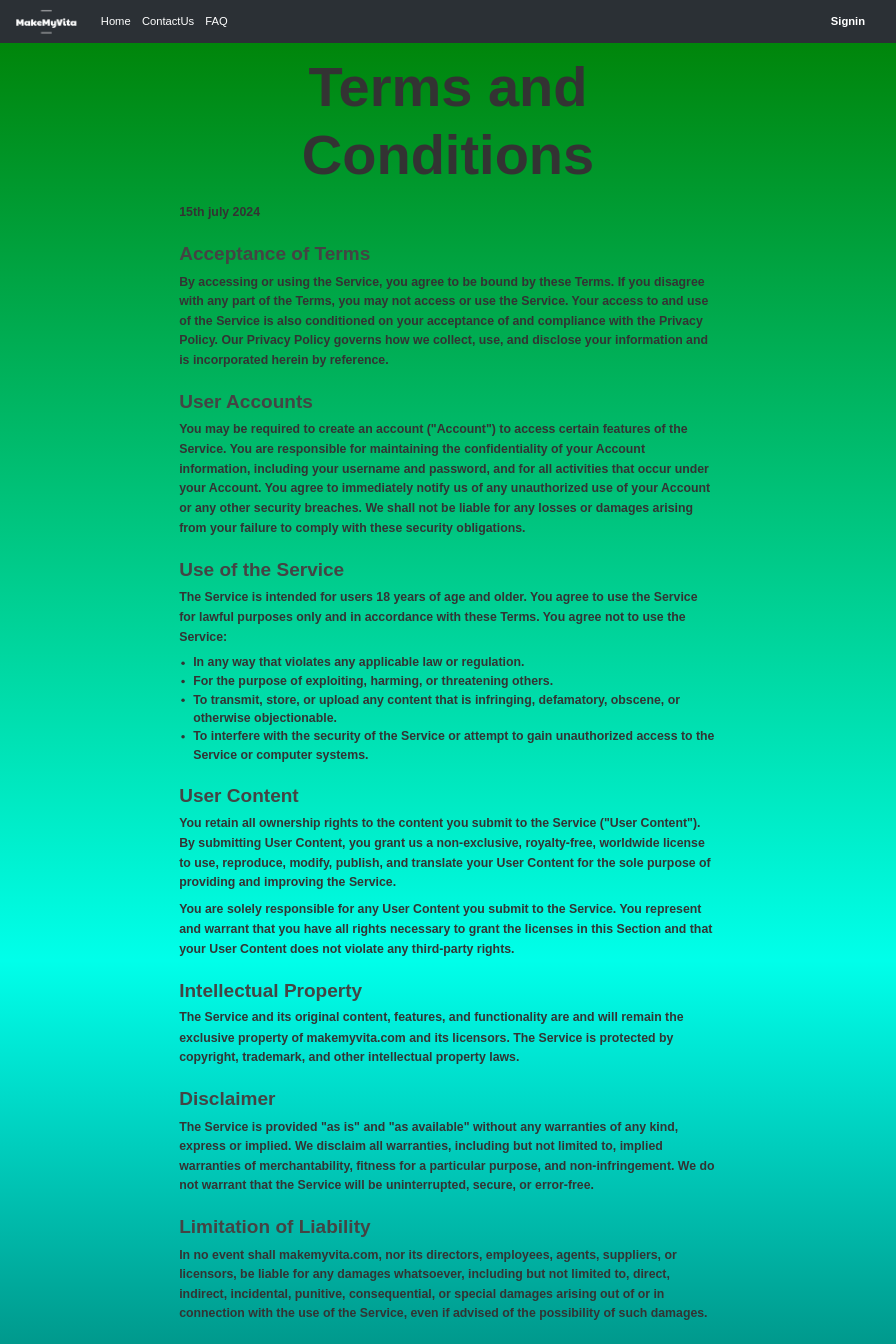
Repository: Tejaakshaykumar/MakeMyVita-Resume-Builder-Website
Page: /T&C (app in frontend/)
An editor plug-in stored every save of this project. The page is shown before and after the next save, followed by the edit.
The browser window is 1280 px wide. The pictures show the part of the page from y = 0 to 1920 px (the page is 2936 px tall), at 70% of full size.
Some web libraries are served in a nearby version. The project was rebuilt for these pictures with package versions that can differ from the ones it lists, and the page was loaded fresh each time. Also part of the build but not shown: frontend/src/App.css, frontend/src/containers/About.js, frontend/src/containers/Buildresume.js, frontend/src/containers/Images.js, frontend/src/containers/Features.js, frontend/src/containers/Review.js, frontend/src/containers/Trybox.js, frontend/src/containers/Motionbox.js and 5 more.

Above is the page before, as saved 2024-06-10 11:45:26.

### frontend/public/index.html
<!DOCTYPE html>
<html lang="en">
  <head>
    <meta charset="utf-8" />
    <link rel="icon" href="%PUBLIC_URL%/favicon.ico" />
    <meta name="viewport" content="width=device-width, initial-scale=1" />
    <meta name="theme-color" content="#000000" />
    <meta
      name="description"
      content="Web site created using create-react-app"
    />
    <link rel="apple-touch-icon" href="%PUBLIC_URL%/logo192.png" />
    <!--
      manifest.json provides metadata used when your web app is installed on a
      user's mobile device or desktop. See https://developers.google.com/web/fundamentals/web-app-manifest/
    -->
    <link rel="manifest" href="%PUBLIC_URL%/manifest.json" />
    <link rel="stylesheet" href="https://stackpath.bootstrapcdn.com/bootstrap/4.5.2/css/bootstrap.min.css">
  <link rel="stylesheet" href="https://stackpath.bootstrapcdn.com/font-awesome/4.7.0/css/font-awesome.min.css">
  <link href="https://cdn.jsdelivr.net/npm/bootstrap@5.3.3/dist/css/bootstrap.min.css" rel="stylesheet" integrity="sha384-QWTKZyjpPEjISv5WaRU9OFeRpok6YctnYmDr5pNlyT2bRjXh0JMhjY6hW+ALEwIH" crossorigin="anonymous">
  <link href="https://cdn.jsdelivr.net/npm/bootstrap-icons@1.7.2/font/bootstrap-icons.css" rel="stylesheet">
    <!--
      Notice the use of %PUBLIC_URL% in the tags above.
      It will be replaced with the URL of the `public` folder during the build.
      Only files inside the `public` folder can be referenced from the HTML.

      Unlike "/favicon.ico" or "favicon.ico", "%PUBLIC_URL%/favicon.ico" will
      work correctly both with client-side routing and a non-root public URL.
      Learn how to configure a non-root public URL by running `npm run build`.
    -->
    <title>React App</title>
  </head>
  <body>
    <noscript>You need to enable JavaScript to run this app.</noscript>
    <div id="root"></div>
    <!--
      This HTML file is a template.
      If you open it directly in the browser, you will see an empty page.

      You can add webfonts, meta tags, or analytics to this file.
      The build step will place the bundled scripts into the <body> tag.

      To begin the development, run `npm start` or `yarn start`.
      To create a production bundle, use `npm run build` or `yarn build`.
    -->
  </body>
  <script src="https://cdn.jsdelivr.net/npm/bootstrap@5.3.3/dist/js/bootstrap.bundle.min.js" integrity="sha384-YvpcrYf0tY3lHB60NNkmXc5s9fDVZLESaAA55NDzOxhy9GkcIdslK1eN7N6jIeHz" crossorigin="anonymous"></script>
</html>

### frontend/src/containers/Navbar.js
import React from 'react';
import { useNavigate } from 'react-router-dom';
import logo from '../images/HubSpot Brand Kit/Logo/PNG/main-logo-white-transparent.png';
export default function Navbar() {
  const navigate = useNavigate();
  const handleSigninClick = () => {
    navigate('/signin');
  };
  return (
    <div>

      <nav className="navbar fixed-top navbar-expand-lg bg-body-tertiary" data-bs-theme="dark" >
      <div className="container-fluid" >
        <a className="navbar-brand" href="/">
        <img src={logo} alt="Logo" style={{height:'5vh',width:'15vh',objectFit:'cover'}} />
        </a>
        <button
          className="navbar-toggler"
          type="button"
          data-bs-toggle="collapse"
          data-bs-target="#navbarSupportedContent"
          aria-controls="navbarSupportedContent"
          aria-expanded="false"
          aria-label="Toggle navigation"
        >
          <span className="navbar-toggler-icon" />
        </button>
        <div className="collapse navbar-collapse" id="navbarSupportedContent">
          <ul className="navbar-nav me-auto mb-2 mb-lg-0">
            <li className="nav-item">
              <a className="nav-link active" aria-current="page" href="/">
                Home
              </a>
            </li>
            <li className="nav-item">
              <a className="nav-link active" aria-current="page" href="#">
                ContactUs
              </a>
            </li>
            <li className="nav-item">
              <a className="nav-link active" aria-current="page" href="/FAQ">
                FAQ
              </a>
            </li>
          </ul>
          <form className="d-flex">
            <button className=" btn btn-outline-success custom-btn" type="submit" onClick={handleSigninClick}>
            &nbsp;&nbsp;&nbsp;&nbsp;&nbsp;Signin&nbsp;&nbsp;&nbsp;&nbsp;&nbsp;
            </button>
          </form>
        </div>
      </div>
    </nav>

    </div>
  );
}

### frontend/src/containers/Foot.js
import React from 'react';
import './cont.css'; // Import the CSS file

export default function Foot() {
  return (
    <footer>
      <div className="footer-container ">
        <ul className="footer-nav">
        <li className="nav-item">
            <a className="nav-link" href="/aboutus">
              ABOUT US
            </a>
          </li>
          <>|</>
          <li className="nav-item">
            <a className="nav-link" href="/T&C">
              TERMS & CONDITIONS
            </a>
          </li>
          <>|</>
        <li className="nav-item">
            <a className="nav-link" href="/privacy">
              PRIVACY POLICY
            </a>
          </li>
          <>|</>
          <li className="nav-item">
            <a className="nav-link" href="#">
              CONTACT US
            </a>
          </li>
          <>|</>
          <li className="nav-item">
            <a className="nav-link" href="/FAQ">
              FAQs
            </a>
          </li>
        </ul>
        <div class="social-icons">
        <a href="https://www.facebook.com" target="_blank" aria-label="Facebook">
          <i class="bi bi-facebook"></i>
        </a>
        <a href="https://www.instagram.com" target="_blank" aria-label="Instagram">
          <i class="bi bi-instagram"></i>
        </a>
        <a href="https://www.pinterest.com" target="_blank" aria-label="Pinterest">
          <i class="bi bi-pinterest"></i>
        </a>
        <a href="https://www.youtube.com" target="_blank" aria-label="YouTube">
          <i class="bi bi-youtube"></i>
        </a>
        <a href="https://www.linkedin.com" target="_blank" aria-label="LinkedIn">
          <i class="bi bi-linkedin"></i>
        </a>
        <a href="https://www.twitter.com" target="_blank" aria-label="Twitter">
          <i class="bi bi-twitter"></i>
        </a>
      </div>
      <div className="footer-copy">
          &copy; 2024 developed by Teja Akshay Kumar
      </div>
      </div>
    </footer>
  );
}

### frontend/src/containers/cont.css
/* navbar */
.custom-btn {
  color: white;
}
.custom-btn:hover {
  color: black;
  background-color: white;
}

.footer-container {
  height: 25vh;
  width: 100%;
  background-color: rgb(0, 0, 0);
  color: white;
  display: flex;
  flex-direction: column;
  align-items: center;
  /* padding-bottom: 3%; */
  /* justify-content: center; */
}

.footer-nav {
  display: flex;
  list-style: none;
  padding-top: 30px;
  margin: 0;
}

.footer-nav .nav-item {
  margin: 0 50px;
}

.footer-nav .nav-item .nav-link {
  color: white;
  text-decoration: none;
  /* text-transform: uppercase; */
  /* text-decoration: underline; */
}

.footer-nav .nav-item .nav-link:hover {
  text-decoration: underline;
}

.footer-copy {
  /* padding-top: 5%; */
  text-align: center;
  font-size: large;
  font-weight: 500;
  /* padding-bottom: 3%; */
}

.social-icons {
  display: flex;
  justify-content: center;
  gap: 40px;
  padding: 40px;
  /* background-color: #f0f0f0; */
}

.social-icons a {
  color: #ffffff;
  font-size: 24px;
  text-decoration: none;
}

.social-icons a:hover {
  color: #007bff;
}

/* Features */

.feature-component {
  height: 90vh;
  width: 100%;
  display: flex;
  justify-content: flex-start;
  flex-wrap: wrap;
  margin-top: 10%;
  padding-left: 8%;
  padding-right: 8%;
}
.feature {
  flex: 1 1 30%;
  box-sizing: border-box;
  padding: 20px;
  margin: 10px;
  text-align: center;
  background-color: #fff;
  border-radius: 8px;
  /* box-shadow: 0 4px 8px rgba(0, 0, 0, 0.1); */
}

.feature img {
  width: 60px;
  height:80px;
  margin-bottom: 10px;
}

.feature h3 {
  font-size: 1.5em;
  margin-bottom: 10px;
  font-weight: 500;
  font-family:'Franklin Gothic Medium', 'Arial Narrow', Arial, sans-serif;
}

.feature p {
  font-size: 1.3em;
  color: #666;
  font-weight: 400;
  font-family: 'Gill Sans', 'Gill Sans MT', Calibri, 'Trebuchet MS', sans-serif;
}

.feature:hover {
  background: linear-gradient(to right, #fd4908, #1e90ff);
  box-shadow: black;
  border-radius: 5%;
  color: rgb(255, 255, 255);
}

.feature:hover h3,
.feature:hover p {
  color: rgb(255, 255, 255);
}

/* About */
.resume-builder-container {
  display: flex;
  flex-direction: row;
  justify-content: space-between;
  align-items: center;
  padding: 10vh;
  /* background-color: #fff; */
  background: linear-gradient(to right, #84eefc, #ffffff, #ffffff);
  /* background:linear-gradient(to left, #00e1ff,#ffffff, #ffffff); */
  /* border: 1px solid #ddd; */
  /* border-radius: 8px; */
  /* box-shadow: 0 2px 4px rgba(0, 0, 0, 0.1); */
  height: 80vh;
}

.resume-builder-container1 {
  display: flex;
  flex-direction: row;
  justify-content: space-between;
  align-items: center;
  padding: 10vh;
  height: 80vh;
  background: linear-gradient(to top, #ffffff, #59CE8F,#E8F9FD, #ffffff);
}

/* .resume-builder-image {
    -webkit-mask-image: radial-gradient(circle, rgba(0, 0, 0, 1) 50%, rgba(0, 0, 0, 0) 90%);
    mask-image: radial-gradient(circle, rgba(0, 0, 0, 1) 50%, rgba(0, 0, 0, 0) 90%);
  }
   */
.resume-builder-content {
  max-width: 60%;
  padding: 10%;
}

.resume-builder-content1 {
  max-width: 70%;
  padding: 10%;
}

.resume-builder-content h1 {
  font-size: 4em;
  color: #333;
  margin-bottom: 10px;
  font-family: "Franklin Gothic Medium", "Arial Narrow", Arial, sans-serif;
  text-align: left;
}

.resume-builder-content p {
  font-size: 1.4em;
  font-weight: 400;
  color: #666;
  line-height: 1.5;
  margin-bottom: 20px;
  /* padding-left: 2%; */
  /* text-align: center; */
}

.resume-builder-content1 h1 {
  font-size: 4em;
  color: #333;
  margin-bottom: 10px;
  font-family: "Franklin Gothic Medium", "Arial Narrow", Arial, sans-serif;
  text-align: left;
}

.resume-builder-content1 p {
  font-size: 1.4em;
  font-weight: 400;
  color: #666;
  line-height: 1.5;
  margin-bottom: 20px;
  /* padding-left: 2%; */
  /* text-align: center; */
}

.aboutbutton {
  height: 6vh;
  width: 27%;
  margin-left: 20%;
  margin-top: 2%;
  text-align: center;
  font-weight: 500;
  border-radius: 7px;
  color: #ffffff;
  font-weight: 700;
  transition: background 0.3s ease;
  /* border-style:solid; */
  border-color: white;
  background: #3e14fc;
  box-shadow: 0 2px 6px rgba(24, 23, 23, 0.801);
  /* box-shadow: #3e14fc; */
}
.aboutbutton:hover {
  transition: background 0.3s ease;
  border-style: solid;
  background: linear-gradient(to right, #ffd000, #ff0000);
  box-shadow: #3e14fc;
}

.create-now-button {
  background-color: #00b0ff;
  color: #fff;
  border: none;
  padding: 10px 20px;
  font-size: 1em;
  border-radius: 5px;
  cursor: pointer;
}

.create-now-button:hover {
  background-color: #008cba;
}

.resume-builder-image {
  max-width: 40%;
}

.resume-builder-image img {
  max-width: 100%;
  height: auto;
  border-radius: 8px;
}

.text-gradient {
  background: linear-gradient(to right, #ff7f50, #1e90ff);
  -webkit-background-clip: text;
  -webkit-text-fill-color: transparent;
  background-clip: text;
  color: transparent;
}

.icon-container {
  width: 100%;
  height: 100px;
  overflow: hidden;
  white-space: nowrap;
  position: relative;
  background-color: #ffffff;
  padding-bottom: 25px;
}

.icons {
  display: inline-block;
  animation: moveIcons 40s linear infinite;
}

.icons img {
  font-size: 24px;
  margin: 0 15px; /* Add some margin between icons */
  color: #333;
  /* width: 100px; Adjust the size as needed */
  height: 50px;
}

@keyframes moveIcons {
  0% {
    transform: translateX(70%);
  }
  100% {
    transform: translateX(-100%);
  }
}

.try {
  height: 30vh;
  width: 100%;
  background-image: url("C:/Users/tejaa/Downloads/pexels-magda-ehlers-pexels-1279813.jpg");
  background-size: cover;
  align-items: center;
  display: flex;
  flex-direction: column;
  justify-content: center;
  margin-bottom: 7vh;
  margin-top: 5vh;
}

.try h2 {
  font-size: 280%;
  color: antiquewhite;
  text-shadow: 5px 5px 3px rgba(0, 0, 0, 0.3);
}
.try button {
  height: 4vh;
  width: 15%;
  font-weight: 700;
  border-radius: 5cm;
  color: blanchedalmond;
  border: #ffffff;
  background: linear-gradient(to right, #fd0808, #a51eff);
}

/* Review */
/* Styles for the main container */
/* Swiper specific styles */
/* #App {
  height: 100%;
}
html,
body {
  position: relative;
  height: 100%;
}

body {
  background: #eee;
  font-family: Helvetica Neue, Helvetica, Arial, sans-serif;
  font-size: 14px;
  color: #000;
  margin: 0;
  padding: 0;
} */
.swiper-container {
  /* position: relative; */
  height: 30vh;
  background: #ffffff;
  font-family: Helvetica Neue, Helvetica, Arial, sans-serif;
  font-size: 14px;
  color: #000;
  margin: 30px;
  padding: 10px;
  display: flex;
  flex-direction: row;
  justify-content: center;
}

.swiper {
  width: 100%;
  height: 100%;
}

.swiper-slide {
  text-align: center;
  font-size: 18px;
  background: #ffffff;
  display: flex;
  justify-content: center;
  align-items: center;
  padding-top: 20%;
  /* margin: 5%; */
}

.swiper-slide img {
  display: block;
  width: 100%;
  height: 100%;
  object-fit: cover;
}

.autoplay-progress {
  position: absolute;
  right: 16px;
  bottom: 16px;
  z-index: 10;
  width: 48px;
  height: 48px;
  display: flex;
  align-items: center;
  justify-content: center;
  font-weight: bold;
  color: var(--swiper-theme-color);
}

.autoplay-progress svg {
  --progress: 0;
  position: absolute;
  left: 0;
  top: 0px;
  z-index: 10;
  width: 100%;
  height: 100%;
  stroke-width: 4px;
  stroke: var(--swiper-theme-color);
  fill: none;
  stroke-dashoffset: calc(125.6px * (1 - var(--progress)));
  stroke-dasharray: 125.6;
  transform: rotate(-90deg);
}

### frontend/src/pages/pagestyles.css
/* TandC */

.tandc-container {
    max-width: 100%;
    /* margin: 0 auto; */
    padding: 6% 20%;
    font-family: Arial, sans-serif;
    background: linear-gradient(to top,rgb(0, 0, 0),rgb(0, 255, 234),green);
    color: #333;
    /* margin-top: 7%; */
    margin-bottom: -2%;

  }

  .tandc-container h1 {
    text-align: center;
    margin-bottom: 20px;
    font-weight: 700;
    font-size: 5rem;
  }

  .tandc-container h2 {
    margin-top: 30px;
    color: #444;
    font-weight: 700;
    font-size: 1.7rem;
  }

  .tandc-container p {
    line-height: 1.6;
    font-weight: 600;
    font-size: 1.1rem;
  }

  .tandc-container ul {
    list-style-type: disc;
    padding-left: 20px;
    font-weight: 600;
    font-size: 1.1rem;
  }

  .tandc-container a {
    color: #1a73e8;
    text-decoration: none;
  }

  .tandc-container a:hover {
    text-decoration: underline;
  }


  /* Privacy */
  .privacy-container {
    max-width: 800px;
    margin: 0 auto;
    padding: 20px;
    font-family: 'Arial', sans-serif;
    color: #333;
    line-height: 1.6;
    background-color: #fff;
    border-radius: 8px;
    box-shadow: 0 0 10px rgba(0, 0, 0, 0.1);
  }

  h1 {
    text-align: center;
    color: #333;
    font-size: 2.5rem;
    margin-bottom: 20px;
  }

  h2 {
    color: #444;
    font-size: 1.75rem;
    margin-top: 20px;
  }

  h3 {
    color: #555;
    font-size: 1.5rem;
    margin-top: 15px;
  }

  p {
    margin-bottom: 10px;
  }

  ul {
    list-style-type: disc;
    padding-left: 20px;
  }

  a {
    color: #1a73e8;
    text-decoration: none;
  }

  a:hover {
    text-decoration: underline;
  }

  @media (max-width: 600px) {
    .privacy-container {
      padding: 10px;
    }

    h1 {
      font-size: 2rem;
    }

    h2 {
      font-size: 1.5rem;
    }

    h3 {
      font-size: 1.25rem;
    }
  }

  /* Aboutus */
  .about-container {
    font-family: 'Arial', sans-serif;
    color: #fff;
    max-width: 1200px;
    margin: 0 auto;
    padding: 20px;
    background-color: #000; /* For overall contrast, adjust as needed */
  }

  .about-top {
    position: relative;
    text-align: center;
    color: white;
  }

  .about-image {
    width: 100%;
    height: auto;
    border-radius: 10px;
    opacity: 0.8;
  }

  .about-content {
    position: absolute;
    top: 50%;
    left: 50%;
    transform: translate(-50%, -50%);
    background-color: rgba(0, 0, 0, 0.5); /* Semi-transparent background */
    padding: 20px;
    border-radius: 10px;
    max-width: 90%;
    text-align: left;
  }

  .about-content h1 {
    font-size: 3rem;
    margin-bottom: 10px;
  }

  .about-content p {
    font-size: 1.2rem;
  }

  .about-bottom {
    background-color: #222;
    padding: 40px;
    border-radius: 10px;
    margin-top: 20px;
  }

  .about-bottom h2 {
    font-size: 2rem;
    margin-bottom: 20px;
  }

  .about-bottom p,
  .about-bottom ul {
    font-size: 1.2rem;
    line-height: 1.6;
  }

  .about-bottom ul {
    list-style-type: disc;
    padding-left: 20px;
  }

  .about-bottom h3 {
    font-size: 1.5rem;
    margin-top: 20px;
  }

  @media (max-width: 768px) {
    .about-content h1 {
      font-size: 2rem;
    }

    .about-content p {
      font-size: 1rem;
    }

    .about-bottom h2 {
      font-size: 1.5rem;
    }

    .about-bottom p,
    .about-bottom ul {
      font-size: 1rem;
    }
  }

  /* FAQ */
  /* styles.css */

/* body, html {
  margin: 0;
  padding: 0;
  font-family: Arial, sans-serif;
  background-color: #f7f7f7;
}

.app {
  display: flex;
  justify-content: center;
  align-items: center;
  min-height: 100vh;
  padding: 20px;
} */

.faq-container {
  background-color: white;
  padding: 20px;
  border-radius: 8px;
  max-width: 800px;
  width: 100%;
  box-shadow: 0 4px 8px rgba(0, 0, 0, 0.1);
}

.faq-container h1 {
  text-align: center;
  margin-bottom: 20px;
}

.faq-container input {
  width: 100%;
  padding: 10px;
  margin-bottom: 20px;
  border: 1px solid #ccc;
  border-radius: 4px;
}

.faq-list {
  max-height: 500px;
  overflow-y: auto;
}

.faq-item {
  border-bottom: 1px solid #eee;
  padding: 10px 0;
}

.faq-question {
  cursor: pointer;
  font-weight: bold;
}

.faq-answer {
  margin-top: 10px;
}

.related-articles {
  margin-top: 10px;
}

.related-articles h4 {
  margin-bottom: 5px;
}

.related-articles ul {
  padding-left: 20px;
  margin: 0;
}

.related-articles li {
  list-style-type: disc;
}



  /* Dashboard */
  body {
    font-family: Arial, sans-serif;
  }

  .sidebar {
    position: fixed;
    top: 0;
    bottom: 0;
    left: 0;
    z-index: 100;
    padding: 48px 0 0;
    box-shadow: inset -1px 0 0 rgba(0, 0, 0, .1);
  }

  .sidebar .nav-link {
    font-weight: 500;
    color: #333;
  }

  .sidebar .nav-link.active {
    color: #007bff;
  }

  .sidebar .nav-link:hover {
    color: #007bff;
  }

  .sidebar .sidebar-title {
    padding: 16px;
    font-size: 1.5rem;
    text-align: center;
  }

  .sidebar-footer {
    position: absolute;
    bottom: 0;
    width: 100%;
    padding: 16px;
    text-align: center;
  }

  .sidebar-footer .nav-link {
    color: #007bff;
  }

  .sidebar-footer .nav-link:hover {
    color: #0056b3;
  }

  .badge-new {
    background-color: #28a745;
    color: white;
    padding: 4px 8px;
    border-radius: 12px;
  }

  .card {
    margin-bottom: 1.5rem;
  }

  .card-title {
    font-size: 1.5rem;
    font-weight: bold;
  }

  .alert {
    margin-bottom: 0;
    font-size: 0.875rem;
  }

  @media (max-width: 767.98px) {
    .sidebar {
      position: relative;
      width: 100%;
      height: auto;
    }

    .sidebar .nav-link {
      font-size: 0.875rem;
    }
  }


  /* Signin */


  .signin {
    /* background: linear-gradient(45deg, #a1c4fd, #c2e9fb); */
    font-family: 'Arial', sans-serif;
    /* background:linear-gradient(to top,#000000,#5A72A0,#83B4FF,#FDFFE2); */
    background:linear-gradient(to top,#000000,#243763);
    /* background:linear-gradient(to top,#000000,#E96479,#F5E9CF,#c4fffd); */

    height: 100vh;
    display: flex;
    justify-content: center;
    align-items: center;
    margin-bottom: -2%;
  }

  .signin-container {
    text-align: center;

  }

  .signin-box {
    background: #fff;
    padding: 40px;
    border-radius: 8px;
    box-shadow: 0px 0px 20px rgba(0, 0, 0, 0.301);
    width: 500px;
    max-width: 90%;
  }

  .signin-header h2 {
    font-size: 24px;
    font-weight: 700;
    margin-bottom: 10px;
  }

  .signin-header p {
    font-size: 14px;
    color: #777;
    margin-bottom: 20px;
  }

  .form-group {
    margin-bottom: 15px;
  }

  .form-group label {
    display: block;
    text-align: left;
    margin-bottom: 5px;
  }

  .form-control {
    width: 100%;
    padding: 10px;
    border: 1px solid #ccc;
    border-radius: 4px;
    box-sizing: border-box;
  }

  .input-group {
    display: flex;
    align-items: center;
  }

  .input-group-append {
    background: #fff;
    border: 1px solid #ccc;
    border-left: 0;
    padding: 10px;
    border-radius: 0 4px 4px 0;
    cursor: pointer;
  }

  .form-check {
    display: flex;
    align-items: center;
    justify-content: space-between;
    margin: 20px 0;
  }

  .form-check-input {
    margin-right: 10px;
  }

  .form-check-label {
    margin-right: auto;
  }

  .forgot-password {
    color: #000;
    text-decoration: none;
  }

  .btn {
    width: 100%;
    padding: 10px;
    border: none;
    border-radius: 4px;
    cursor: pointer;
    font-size: 16px;
    font-weight: bold;
  }

  .btn-primary {
    background: #000;
    color: #fff;
  }

  .or-use {
    margin: 20px 0;
  }

  .or-use span {
    background: #fff;
    padding: 0 10px;
    color: #777;
  }

  .social-login {
    display: flex;
    justify-content: center;
    margin: 20px 0;
  }

  .social-login button {
    margin: 0 10px;
    width: 50px;
    height: 50px;
    border-radius: 50%;
    border: 1px solid #ccc;
    display: inline-flex;
    justify-content: center;
    align-items: center;
    background: #fff;
    cursor: pointer;
  }

  footer {
    margin-top: 20px;
  }

  footer p {
    font-size: 14px;
    color: #777;
  }

Loaded but not shown: frontend/src/index.js (common file); frontend/src/index.css (common file); frontend/src/reportWebVitals.js (common file); frontend/src/pages/TandC.js (106 lines, source omitted); frontend/src/App.js (99 lines, source omitted)

After the next save:
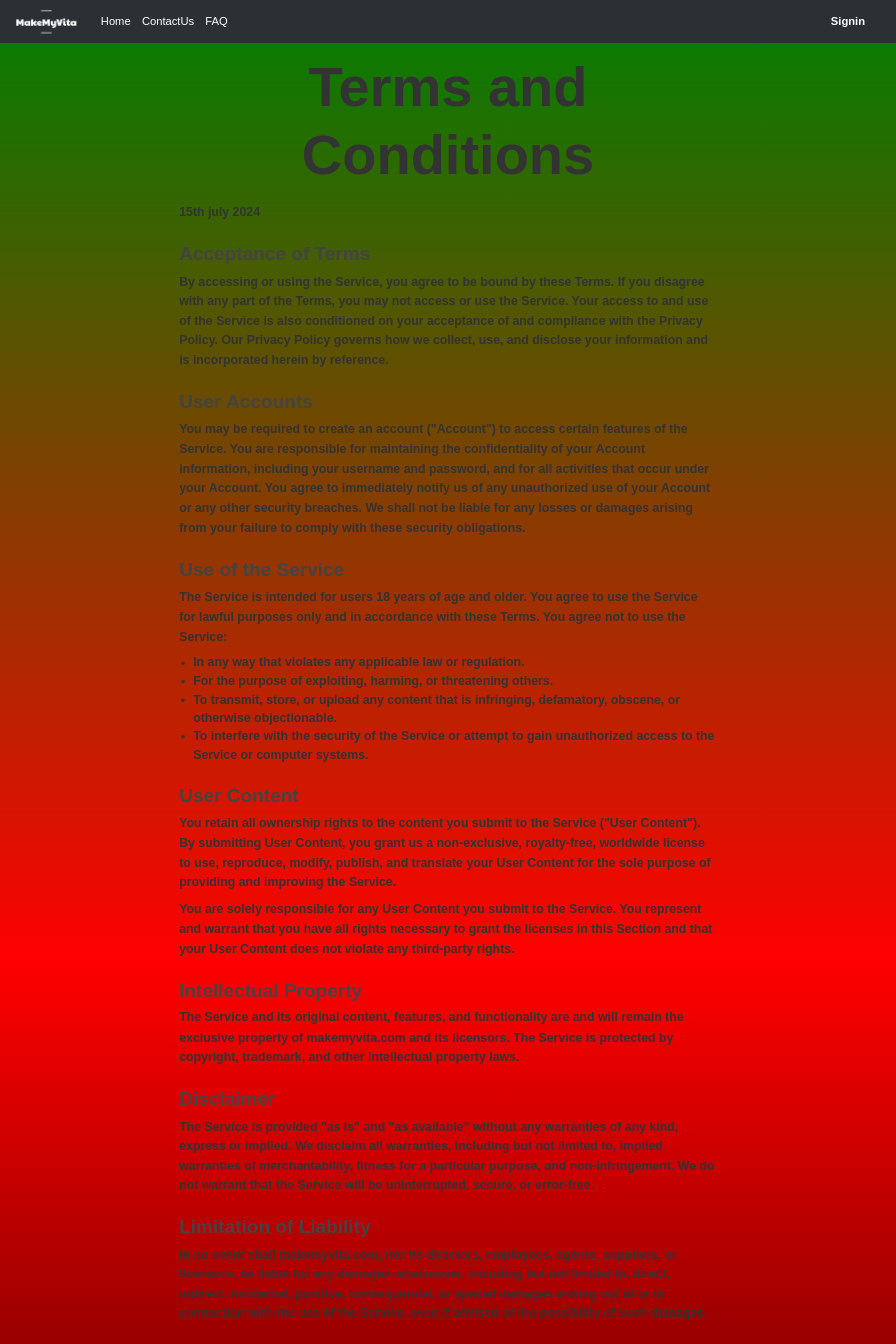
Saved 9 s later.
--- a/frontend/src/pages/pagestyles.css
+++ b/frontend/src/pages/pagestyles.css
@@ -5,7 +5,7 @@
     /* margin: 0 auto; */
     padding: 6% 20%;
     font-family: Arial, sans-serif;
-    background: linear-gradient(to top,rgb(0, 0, 0),rgb(0, 255, 234),green);
+    background: linear-gradient(to top,rgb(0, 0, 0),rgb(255, 0, 0),green);
     color: #333;
     /* margin-top: 7%; */
     margin-bottom: -2%;
